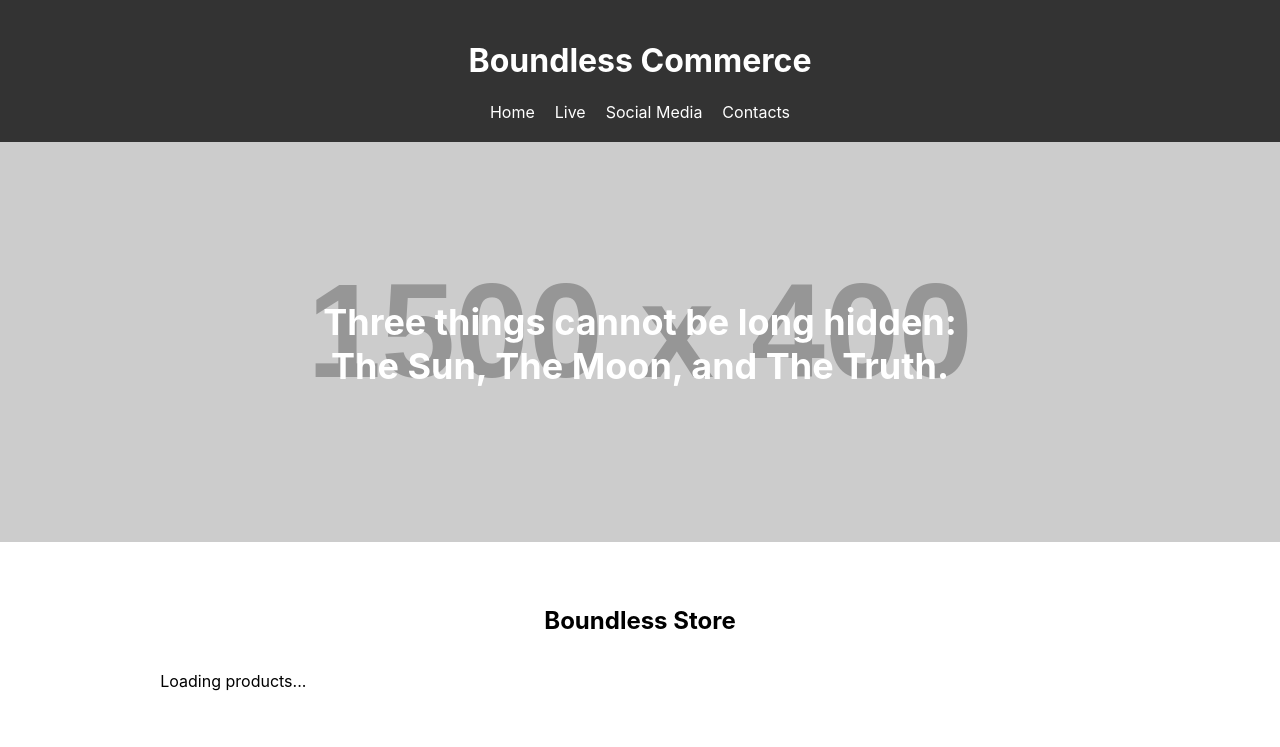
Repository: Nn-Exe/chunar-ecommerce
Page: / (app in ecommerce-frontend/)
An editor plug-in stored every save of this project. The page is shown before and after the next save, followed by the edit.
The browser window is 1280 px wide. The pictures show the whole page.
The page's requests for data from a server got no answer. The project was rebuilt for these pictures with package versions that can differ from the ones it lists, and the page was loaded fresh each time. No one was signed in, and anything a server would have sent is missing.

Above is the page before, as saved 2024-09-11 11:44:51.

### ecommerce-frontend/src/App.js
import React, { useState, useEffect } from 'react';
import './App.css';
import { BrowserRouter as Router, Route, Routes } from 'react-router-dom';  // Importing React Router
import Navbar from './components/Navbar';  // Correct way to import default export
import HeroSection from './components/HeroSection';  // Correct way to import default export
import ProductList from './components/ProductList';  // Correct way to import default export

// Home page component (the default view)
function Home({ products }) {
  return (
    <div>
      <HeroSection />
      <section className="products">
        <h2>Boundless Store</h2>
        <ProductList products={products} />
      </section>
    </div>
  );
}

// Other page components
function Live() {
  return <h2>Live Page</h2>;
}

function Contacts() {
  return <h2>Contacts Page</h2>;
}

function SocialMedia() {
  // External link can be opened using an anchor tag, so no need for a separate page.
  window.location.href = "https://linktr.ee/chunar.co";  // Redirect to external social media page
  return null;
}

function App() {
  const [products, setProducts] = useState([]);

  useEffect(() => {
    fetch('http://localhost:5000/api/products')
      .then((response) => response.json())
      .then((data) => setProducts(data))
      .catch((error) => console.error('Error fetching products:', error));
  }, []);

  return (
    <Router>
      <div className="App">
        <header className="App-header">
          <h1>Boundless Commerce</h1>
          <Navbar />
        </header>

        <Routes>
          {/* Home page route */}
          <Route path="/" element={<Home products={products} />} />

          {/* Other pages */}
          <Route path="/live" element={<Live />} />
          <Route path="/contacts" element={<Contacts />} />

          {/* Redirect to external social media link */}
          <Route path="/social-media" element={<SocialMedia />} />
        </Routes>
      </div>
    </Router>
  );
}

export default App;

### ecommerce-frontend/src/App.css
.App-header {
  background-color: #333;
  color: white;
  padding: 20px;
  text-align: center;
}

nav ul {
  list-style-type: none;
  padding: 0;
  margin: 0;
  display: flex;
  justify-content: center;
  gap: 20px;
}

nav ul li a {
  color: white;
  text-decoration: none;
  font-size: 16px;
}

.hero {
  position: relative;
  text-align: center;
}

.hero-banner {
  width: 100%;
  height: 400px;
  object-fit: cover;
}

.hero-text {
  position: absolute;
  top: 50%;
  left: 50%;
  transform: translate(-50%, -50%);
  color: white;
  font-size: 24px;
  font-weight: bold;
}

.products {
  padding: 40px;
  text-align: center;
}

.product-list {
  display: grid;
  grid-template-columns: repeat(3, 1fr);
  gap: 20px;
}

.product-card {
  border: 1px solid #ddd;
  padding: 20px;
  text-align: center;
  transition: transform 0.3s;
}

.product-card img {
  max-width: 100%;
  height: auto;
  margin-bottom: 10px;
}

.product-card:hover {
  transform: scale(1.05);
}


.product-card img {
  width: 200px;
  height: 200px;
  object-fit: cover;   /* Ensures the image covers the given area */
  border-radius: 10px; /* Optional: adds rounded corners */
}

### ecommerce-frontend/src/components/Navbar.js
import React from 'react';
import { Link } from 'react-router-dom';

function Navbar() {
  return (
    <nav>
      <ul>
        <li><Link to="/">Home</Link></li>  {/* Links to the home page */}
        <li><Link to="/live">Live</Link></li>  {/* Links to the live page */}
        <li><a href="https://linktr.ee/chunar.co" target="_blank" rel="noopener noreferrer">Social Media</a></li> {/* Opens external link in new tab */}
        <li><Link to="/contacts">Contacts</Link></li>  {/* Links to the contacts page */}
      </ul>
    </nav>
  );
}

export default Navbar;

### ecommerce-frontend/src/components/HeroSection.js
import React from 'react';

function HeroSection() {
  return (
    <section className="hero">
      <img src="https://via.placeholder.com/1500x400" alt="Banner" className="hero-banner" />
      <div className="hero-text">
        <h2>Three things cannot be long hidden: The Sun, The Moon, and The Truth.</h2>
      </div>
    </section>
  );
}

export default HeroSection;  // Ensure you have this line

### ecommerce-frontend/src/components/ProductList.js
import React from 'react';

function ProductList({ products }) {
  return (
    <div className="product-list">
      {products.length === 0 ? (
        <p>Loading products...</p>
      ) : (
        products.map((product) => (
          <div key={product.id} className="product-card">
              <img
                src={product.image}
                alt={product.name}
                className="product-image"
              />
            <h3>{product.name}</h3>
            <p>{product.description}</p>
            <p>${product.price}</p>
          </div>
        ))
      )}
    </div>
  );
}

export default ProductList;

Loaded but not shown: ecommerce-frontend/public/index.html (common file); ecommerce-frontend/src/index.js (common file); ecommerce-frontend/src/index.css (common file); ecommerce-frontend/src/reportWebVitals.js (common file)

After the next save:
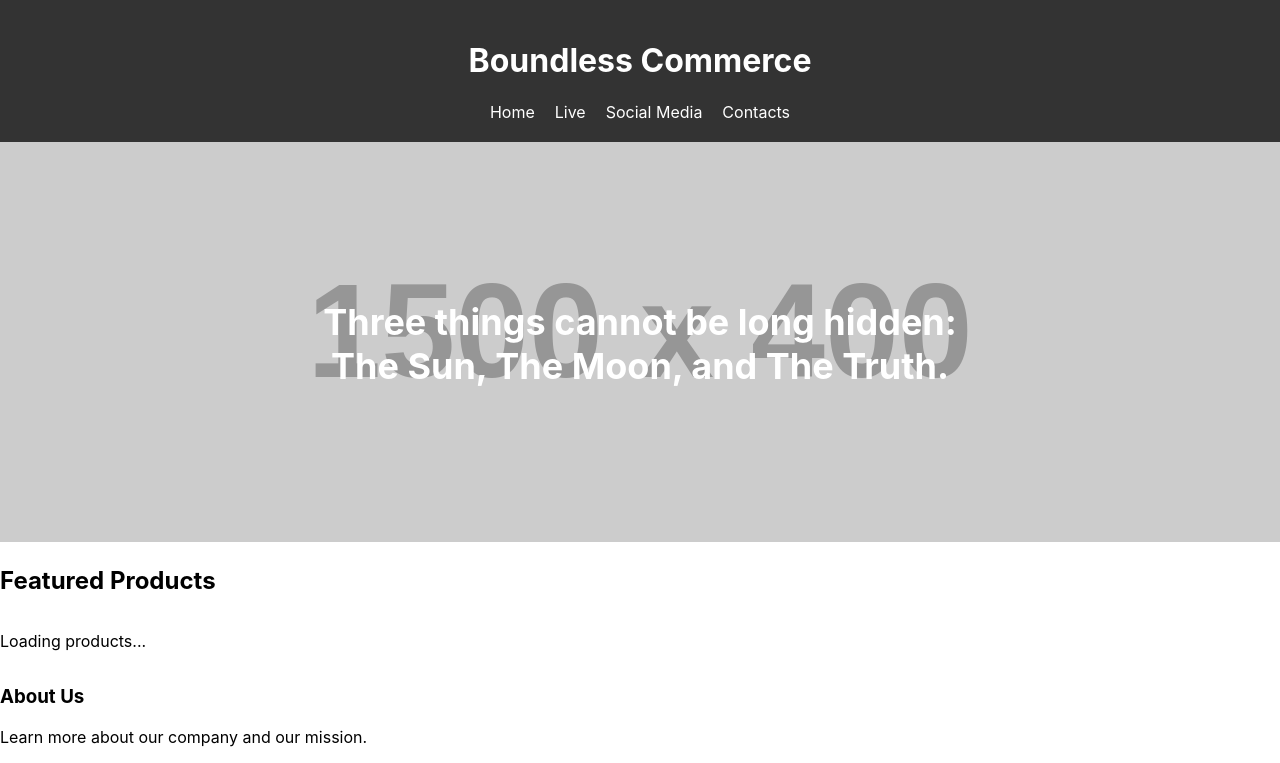
Saved 5 min 4 s later.
--- a/ecommerce-frontend/src/App.js
+++ b/ecommerce-frontend/src/App.js
@@ -8,15 +8,34 @@ import ProductList from './components/ProductList';  // Correct way to import de
 // Home page component (the default view)
 function Home({ products }) {
   return (
-    <div>
-      <HeroSection />
-      <section className="products">
-        <h2>Boundless Store</h2>
-        <ProductList products={products} />
+    <div className="home-page">
+      {/* Hero Section */}
+      <div className="hero-container">
+        <HeroSection />
+      </div>
+
+      {/* Featured Products Section */}
+      <section className="products-section">
+        <div className="section-header">
+          <h2>Featured Products</h2>
+        </div>
+
+        <div className="product-grid">
+          <ProductList products={products} />
+        </div>
+      </section>
+
+      {/* Add more sections here */}
+      <section className="about-section">
+        <div className="about-content">
+          <h3>About Us</h3>
+          <p>Learn more about our company and our mission.</p>
+        </div>
       </section>
     </div>
   );
 }
+
 
 // Other page components
 function Live() {
